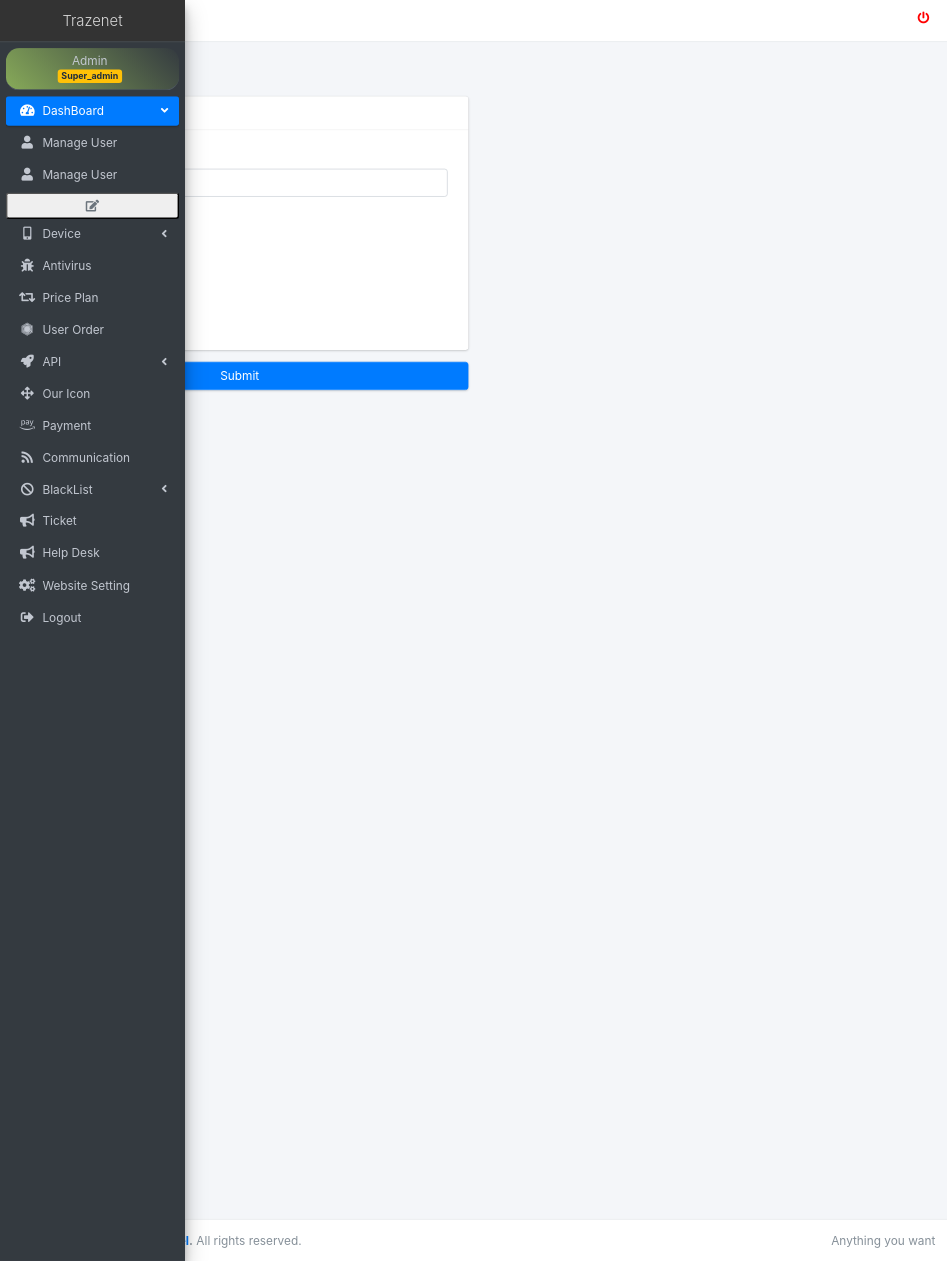
Repository: ufaqashraf/dashboard-laravel8
Page: http://localhost/icon
These files come from the project's save history. The page is drawn as it stood at one moment and after the next save; the edit follows.
The browser window is 1280 px wide. The pictures show the whole page, at 74% of full size.
Some web fonts or font styles are not loaded; a fallback is used. The page is served by the project's Laravel application, run on PHP 8.4 with Laravel 8. The first stored user is signed in. Other server files are loaded and not shown. The database holds what the project's SQL file puts in it.

Above is the page before, as saved 2021-03-28 02:55:26.

### resources/views/layouts/backend/sidebar.blade.php
<aside class="main-sidebar sidebar-dark-primary elevation-4">
    <a href="{{route('dashboard')}}" class="brand-link" style="background: #333;text-align:center">
      @if ($data->icon)
        <img height="40px" width="40px" src="{{asset('/images/'.optional($data)->icon)}}" alt="">
      @else
        <span class="brand-text font-weight-light">Trazenet</span>
      @endif
    </a>

    <div class="sidebar">
      <div class="user-panel mt-2 pb-1 mb-2 d-flex" style="background: linear-gradient(45deg, #87aa59, transparent);
      border-radius: 18px;">
        <div class="image">
        </div>
        <div class="info" style="text-align: center;margin-left: -19px;
        width: 100%;">
          <a href="#" class="d-block" style="text-transform: capitalize;">{{optional($data)->f_name}}</a>
          <span class="badge badge-warning" style="text-transform: capitalize;">{{optional($data)->type}}</span>
        </div>
      </div>

      <nav class="mt-2">
        <ul class="nav nav-pills nav-sidebar flex-column" data-widget="treeview" role="menu" data-accordion="false">

          <li class="nav-item has-treeview menu-open">
              <a href="{{route('dashboard')}}" class="nav-link active">
                <i class="nav-icon fas fa-tachometer-alt"></i>
                <p>
                  DashBoard
                  <i class="right fas fa-angle-left"></i>
                </p>
              </a>
          </li>
          @if ($data->type == 'super_admin')
          <li class="nav-item has-treeview">
            <a href="{{route('get.user')}}" class="nav-link">
              <i class="nav-icon fa fa-user"></i>
              <p>
                Manage User
              </p>
            </a>
          </li>
          @endif

          <li class="nav-item has-treeview">
            <a href="{{route('get.user')}}" class="nav-link">
              <i class="nav-icon fa fa-user"></i>
              <p>
                Manage User
              </p>
            </a>
          </li>
          <button onclick="edit({{ $data   }})" class="nav-link">
            <i class="fa fa-edit"></i>
        </button>
          <li class="nav-item has-treeview">
            <a href="#" class="nav-link">
                <i class="nav-icon fas fa-mobile-alt"></i>
              <p>
                Device
                <i class="fas fa-angle-left right"></i>
              </p>
            </a>
            <ul class="nav nav-treeview" style="display: none; margin-left:20px;">
                <li class="nav-item" style="font-size: 15px;">
                  <a href="{{ route('create.device') }}" class="nav-link">
                    <i class="fa fa-check-circle nav-icon" aria-hidden="true"></i>
                    <p>Add Device</p>
                  </a>
                </li>
                <li class="nav-item" style="font-size: 15px;">
                    <a href="{{route('device')}}" class="nav-link">
                      <i class="fa fa-check-circle nav-icon" aria-hidden="true"></i>
                      <p>Manage Device</p>
                    </a>
                </li>
            </ul>
          </li>

          <li class="nav-item has-treeview">
            <a href="{{route('virus')}}" class="nav-link">
                <i class="nav-icon fas fa-bug"></i>
              <p>
                Antivirus
              </p>
            </a>
          </li>

          <li class="nav-item has-treeview">
            <a href="{{route('plan')}}" class="nav-link">
                <i class="nav-icon fas fa-retweet"></i>
              <p>
                Price Plan
              </p>
            </a>
          </li>
          <li class="nav-item has-treeview">
            <a href="{{route('order')}}" class="nav-link">
                <i class="nav-icon fab fa-first-order"></i>
              <p>
                @if ($data->type == 'super_admin')
                    User Order
                @else
                    My Order
                @endif

              </p>
            </a>
          </li>
          <li class="nav-item has-treeview">
            <a href="#" class="nav-link">
                <i class="nav-icon fas fa-rocket"></i>
              <p>
                API
                <i class="fas fa-angle-left right"></i>
              </p>
            </a>
            <ul class="nav nav-treeview" style="display: none; margin-left:20px;">
                <li class="nav-item" style="font-size: 15px;">
                  <a href="{{ route('get.api.key') }}" class="nav-link">
                    <i class="fa fa-check-circle nav-icon" aria-hidden="true"></i>
                    <p>API key</p>
                  </a>
                </li>
                @if ($data->type == 'super_admin')

                  <li class="nav-item" style="font-size: 15px;">
                      <a href="{{route('fields')}}" class="nav-link">
                        <i class="fa fa-check-circle nav-icon" aria-hidden="true"></i>
                        <p>Add/Manage Order Fields</p>
                      </a>
                  </li>

                @endif
                <li class="nav-item" style="font-size: 15px;">
                  <a href="{{route('rules')}}" class="nav-link">
                    <i class="fa fa-check-circle nav-icon" aria-hidden="true"></i>
                    <p>Add/Manage Rules</p>
                  </a>
              </li>
              <li class="nav-item" style="font-size: 15px;">
                <a href="{{route('noti')}}" class="nav-link">
                  <i class="fa fa-check-circle nav-icon" aria-hidden="true"></i>
                  <p>Alert and Singnal</p>
                </a>
            </li>
            </ul>
          </li>
          <li class="nav-item has-treeview">
            <a href="{{route('icon')}}" class="nav-link">
              <i class="nav-icon fas fa-arrows-alt"></i>
              <p>
                Our Icon
              </p>
            </a>
          </li>
          <li class="nav-item has-treeview">
            <a href="{{route('payment')}}" class="nav-link">
              <i class="nav-icon fab fa-amazon-pay"></i>
              <p>
                Payment
              </p>
            </a>
          </li>
          @if ($data->type == 'super_admin')
          <li class="nav-item has-treeview">
            <a href="{{ route('mail.inbox') }}" class="nav-link">
              <i class="nav-icon fas fa-rss"></i>
              <p>
                Communication
              </p>
            </a>
          </li>
          @endif
          <li class="nav-item has-treeview">
            <a href="#" class="nav-link">
                <i class="nav-icon fas fa-ban"></i>
              <p>
                BlackList
                <i class="fas fa-angle-left right"></i>
              </p>
            </a>
            <ul class="nav nav-treeview" style="display: none; margin-left:20px;">
                <li class="nav-item" style="font-size: 15px;">
                  <a href="{{ route('domain') }}" class="nav-link">
                    <i class="fa fa-check-circle nav-icon" aria-hidden="true"></i>
                    <p>Domain</p>
                  </a>
                </li>
                <li class="nav-item" style="font-size: 15px;">
                    <a href="{{ route('ip') }}" class="nav-link">
                      <i class="fa fa-check-circle nav-icon" aria-hidden="true"></i>
                      <p>IP</p>
                    </a>
                </li>
            </ul>
          </li>
          <li class="nav-item has-treeview">
            <a href="{{ url('/ticket') }}" class="nav-link">
              <i class="nav-icon fas fa-bullhorn"></i>
              <p>
                Ticket
              </p>
            </a>
          </li>
          <li class="nav-item has-treeview">
            <a href="{{ url('/messenger') }}" class="nav-link">
              <i class="nav-icon fas fa-bullhorn"></i>
              <p>
                Help Desk
              </p>
            </a>
          </li>
          @if ($data->type == 'super_admin')
          <li class="nav-item has-treeview">
            <a href="{{ route('setting') }}" class="nav-link">
              <i class="nav-icon fas fa-cogs"></i>
              <p>
                Website Setting
              </p>
            </a>
          </li>
          @endif
          <li class="nav-item has-treeview">
            <a href="{{ route('logout') }}" class="nav-link">
              <i class="nav-icon fas fa-sign-out-alt"></i>
              <p>
                Logout
              </p>
            </a>
          </li>
        </ul>
      </nav>
    </div>
  </aside>
  <script>
    function edit(user){
        $("#edit_data").show();
        $("#info").hide();
        $("#list").hide();
        $("#e_user").text(user.f_name+"'s Info");
        $("#e_username").val(user.username);
        $("#e_f_name").val(user.f_name);
        $("#e_l_name").val(user.l_name);
        $("#e_email").val(user.email);
        $("#e_phn").val(user.phn);
        $("#e_address").val(user.address);
        $("#e_city").val(user.city);
        $("#e_state").val(user.state);
        $("#e_country").val(user.country);
        $("#e_post_code").val(user.post_code);
        $("#e_position").val(user.position);
        $("#e_company").val(user.company);
        $("#e_url").val(user.company_url);
        $("#e_plan").text(user.get_plan.name);
        $("#e_plan").val(user.get_plan.id);
        $("#e_duration").val(user.duration);
        $("#e_duration").text(user.duration);
        $("#user_id").val(user.id);
    }
  </script>

### laravel.sql (the tables this page reads)
CREATE TABLE `settings` (
  `id` bigint(20) unsigned NOT NULL AUTO_INCREMENT,
  `site_name` varchar(255) COLLATE utf8mb4_unicode_ci NOT NULL,
  `site_title` varchar(255) COLLATE utf8mb4_unicode_ci DEFAULT NULL,
  `icon` varchar(255) COLLATE utf8mb4_unicode_ci DEFAULT NULL,
  `meta_name` varchar(255) COLLATE utf8mb4_unicode_ci DEFAULT NULL,
  `meta_des` varchar(255) COLLATE utf8mb4_unicode_ci DEFAULT NULL,
  `site_tag_line` varchar(255) COLLATE utf8mb4_unicode_ci NOT NULL,
  `address` varchar(255) COLLATE utf8mb4_unicode_ci NOT NULL,
  `cell` varchar(255) COLLATE utf8mb4_unicode_ci NOT NULL,
  `email` varchar(255) COLLATE utf8mb4_unicode_ci NOT NULL,
  `fb_link` varchar(255) COLLATE utf8mb4_unicode_ci DEFAULT NULL,
  `insta_link` varchar(255) COLLATE utf8mb4_unicode_ci DEFAULT NULL,
  `twitt_link` varchar(255) COLLATE utf8mb4_unicode_ci DEFAULT NULL,
  `tube_link` varchar(255) COLLATE utf8mb4_unicode_ci DEFAULT NULL,
  `logo` varchar(255) COLLATE utf8mb4_unicode_ci DEFAULT NULL,
  `created_at` timestamp NULL DEFAULT NULL,
  `updated_at` timestamp NULL DEFAULT NULL,
  PRIMARY KEY (`id`)
) ENGINE=InnoDB AUTO_INCREMENT=3 DEFAULT CHARSET=utf8mb4 COLLATE=utf8mb4_unicode_ci;

INSERT INTO `settings` VALUES (2,'https://trazenet.ideatechsolution.com/','https://trazenet.ide/','2011778567.png',NULL,NULL,'https://trazenet.ideatechsolution.com/','61/1 metro housing dhaka','01711431232','admin@admin.com',NULL,NULL,NULL,NULL,'1085501935.png','2021-03-22 13:57:08','2021-03-26 23:15:21');

CREATE TABLE `users` (
  `id` bigint(20) unsigned NOT NULL AUTO_INCREMENT,
  `username` varchar(255) COLLATE utf8mb4_unicode_ci NOT NULL,
  `f_name` varchar(255) COLLATE utf8mb4_unicode_ci NOT NULL,
  `l_name` varchar(255) COLLATE utf8mb4_unicode_ci DEFAULT NULL,
  `email` varchar(255) COLLATE utf8mb4_unicode_ci NOT NULL,
  `active_status` tinyint(1) DEFAULT '0',
  `dark_mode` tinyint(1) DEFAULT '0',
  `messenger_color` varchar(255) COLLATE utf8mb4_unicode_ci DEFAULT '#2180f3',
  `avatar` varchar(255) COLLATE utf8mb4_unicode_ci DEFAULT 'avatar.png',
  `phn` varchar(255) COLLATE utf8mb4_unicode_ci DEFAULT NULL,
  `address` varchar(255) COLLATE utf8mb4_unicode_ci DEFAULT NULL,
  `password` varchar(255) COLLATE utf8mb4_unicode_ci NOT NULL,
  `city` varchar(255) COLLATE utf8mb4_unicode_ci DEFAULT NULL,
  `country` varchar(255) COLLATE utf8mb4_unicode_ci DEFAULT NULL,
  `state` varchar(255) COLLATE utf8mb4_unicode_ci DEFAULT NULL,
  `post_code` varchar(255) COLLATE utf8mb4_unicode_ci DEFAULT NULL,
  `company` varchar(255) COLLATE utf8mb4_unicode_ci DEFAULT NULL,
  `company_url` varchar(255) COLLATE utf8mb4_unicode_ci DEFAULT NULL,
  `position` varchar(255) COLLATE utf8mb4_unicode_ci DEFAULT NULL,
  `private_test_key` varchar(255) COLLATE utf8mb4_unicode_ci DEFAULT NULL,
  `public_test_key` varchar(255) COLLATE utf8mb4_unicode_ci DEFAULT NULL,
  `type` varchar(255) COLLATE utf8mb4_unicode_ci NOT NULL DEFAULT 'user',
  `verified` varchar(255) COLLATE utf8mb4_unicode_ci DEFAULT NULL,
  `verification_token` varchar(255) COLLATE utf8mb4_unicode_ci DEFAULT NULL,
  `status` tinyint(1) DEFAULT '0',
  `edit_count` varchar(255) COLLATE utf8mb4_unicode_ci DEFAULT NULL,
  `duration` varchar(255) COLLATE utf8mb4_unicode_ci DEFAULT NULL,
  `icon_name` varchar(255) COLLATE utf8mb4_unicode_ci DEFAULT NULL,
  `icon` varchar(255) COLLATE utf8mb4_unicode_ci DEFAULT NULL,
  `payment` varchar(255) COLLATE utf8mb4_unicode_ci DEFAULT NULL,
  `is_block` tinyint(1) DEFAULT NULL,
  `remember_token` varchar(100) COLLATE utf8mb4_unicode_ci DEFAULT NULL,
  `created_at` timestamp NULL DEFAULT NULL,
  `updated_at` timestamp NULL DEFAULT NULL,
  `price_plan_id` bigint(20) unsigned DEFAULT NULL,
  PRIMARY KEY (`id`),
  UNIQUE KEY `users_email_unique` (`email`),
  KEY `users_price_plan_id_foreign` (`price_plan_id`),
  CONSTRAINT `users_price_plan_id_foreign` FOREIGN KEY (`price_plan_id`) REFERENCES `price_plans` (`id`)
) ENGINE=InnoDB AUTO_INCREMENT=21 DEFAULT CHARSET=utf8mb4 COLLATE=utf8mb4_unicode_ci;

INSERT INTO `users` VALUES (1,'admin','admin','admin','admin@admin.com',0,0,'#2180f3','avatar.png','',NULL,'$2y$10$n2KeMlpdyogAw581jT3su.Mc8GI3X7os4ZZAL77i2aCtzibRr.mOG',NULL,'',NULL,NULL,NULL,NULL,NULL,NULL,NULL,'super_admin','1',NULL,1,NULL,NULL,NULL,NULL,'done',NULL,NULL,NULL,'2021-03-27 00:44:34',NULL),(8,'test','test','test','test@gmail.com',0,0,'#2180f3','avatar.png','0987654321555','adsfsd','$2y$10$n2KeMlpdyogAw581jT3su.Mc8GI3X7os4ZZAL77i2aCtzibRr.mOG','dsfsdf sssdd','Bangladesh dddd','California','dasfdsf','ddd eee','dfgfdg','ceo','sW51Td0sFVoD8Orn','ShGPPB7vrZ','user','1','nxnmBBPSA98NnJZ4rF7zItybKSpVoeWk',1,'4','Monthly','Drive+ UK Limited','104680940.jpg','done',1,NULL,'2021-03-20 09:01:20','2021-03-27 17:42:33',NULL),(15,'sss','ffff','sss','ideatech.engineear@gmail.com',0,0,'#2180f3','avatar.png','0987654321876','dhaka','$2y$10$M5ve0E5Gj809ff8rxaxp0OgswFbwEzDT1UJ13cxhCUqgFgzHfM9IS','dhaka','Albania','test','gfhgfh',NULL,'test.com','test.gg','D8wijkxtYmUpxGp2','BXeQYuXXx5','user','1','',0,'3','Monthly',NULL,NULL,'done',NULL,NULL,'2021-03-27 00:50:42','2021-03-27 16:28:48',1),(16,'thomadek','ade','kadri','ade.adekoya@driveplus.com.ng',0,0,'#2180f3','avatar.png','00000000000088','12 west way','$2y$10$BUdlGxij75dwuBDG.HNGdOst6q3cXlYwgQOQH8DLtdcxYDYR3D49O','Lagos','Nigeria','lagos','234','Driveplus','www.driveplus.com.ng','CEO','52K3oFQk5FRrqP0f','SvFDh9hiXr','user',NULL,'HIf8aGGsnVTK3TWgv1VyQG7wcvXZf745',0,'1','Annually',NULL,NULL,'',NULL,NULL,'2021-03-27 01:11:41','2021-03-27 17:09:54',1),(17,'rezoan','Rezoan','ul islam','rezoan.official@gmail.com',0,0,'#2180f3','avatar.png','8801684090806','Mohammadpur, Dhaka.','$2y$10$TF1zegy7F0Ac.OuCHW217ucVc9HIxz4QFULrb0JLhRoFREKiIg50u','Mohammadpur, Dhaka','Bangladesh','Dhaka','1208','Abc','test.com','abb','sG9pRLjdA9RmLHkt','I8kHVdcAJx','user','1','',0,NULL,'Monthly',NULL,NULL,'',NULL,NULL,'2021-03-27 17:40:11','2021-03-27 18:25:21',2),(19,'rez','ssss','islam','ideatechtutorial@gmail.com',0,0,'#2180f3','avatar.png','8801684090806','Mohammadpur, Dhaka.','$2y$10$nHvSMj6b0bH/0PBHhVBOeu8paRiwXqRkqN.CNj80tpmAIUgVF.78u','Mohammadpur, Dhaka','Bangladesh','Dhaka','1208','xyz','xuz.com','Tezs','c97etvu7mrlKOm6J','6cdPdOsTrc','user',NULL,'VBEQqnkdqulD5HwcNPeYnJVSiVe9sNtY',0,'1','Annually',NULL,NULL,'',NULL,NULL,'2021-03-27 18:36:38','2021-03-27 16:28:24',2),(20,'2222','sss','sssss','ufaq@gmail.com',0,0,'#2180f3','avatar.png',NULL,NULL,'$2y$10$HJxvvNLK5ulPGMg1jR5wu.r1BPSAC4pYb/D8hoL1BP7leA0OH3mOa',NULL,NULL,NULL,NULL,'ssss',NULL,NULL,'lWIbMMqjhGm9RPKQ','wMxKrDsPiH','user',NULL,'yvJk9PW61NBcQjjh3EsHbgvKna1ruWVz',0,NULL,'Monthly',NULL,NULL,'',NULL,NULL,'2021-03-27 19:04:56','2021-03-27 19:04:56',1);

Loaded but not shown: app/Http/Controllers/Controller.php (common file); app/Models/Setting.php (common file); public/backend/plugins/fontawesome-free/css/all.min.css (library); public/backend/plugins/tempusdominus-bootstrap-4/css/tempusdominus-bootstrap-4.min.css (library); public/backend/plugins/icheck-bootstrap/icheck-bootstrap.min.css (library); public/backend/plugins/jqvmap/jqvmap.min.css (common file); public/backend/dist/css/adminlte.min.css (library); public/backend/plugins/overlayScrollbars/css/OverlayScrollbars.min.css (library); public/backend/plugins/daterangepicker/daterangepicker.css (library); public/backend/plugins/summernote/summernote-bs4.css (library); public/backend/plugins/datatables-bs4/css/dataTables.bootstrap4.css (library); public/backend/plugins/select2/css/select2.min.css (library); public/backend/plugins/sweetalert2/sweetalert2.min.css (library); public/backend/plugins/jquery/jquery.min.js (library); public/backend/plugins/jquery-ui/jquery-ui.min.js (library); public/backend/plugins/bootstrap/js/bootstrap.bundle.min.js (library); public/backend/plugins/chart.js/Chart.min.js (library); public/backend/plugins/sparklines/sparkline.js (library); public/backend/plugins/jqvmap/jquery.vmap.min.js (library); public/backend/plugins/jqvmap/maps/jquery.vmap.usa.js (library); public/backend/plugins/jquery-knob/jquery.knob.min.js (library); public/backend/plugins/moment/moment.min.js (library); public/backend/plugins/daterangepicker/daterangepicker.js (library); public/backend/plugins/tempusdominus-bootstrap-4/js/tempusdominus-bootstrap-4.min.js (library); public/backend/plugins/overlayScrollbars/js/jquery.overlayScrollbars.min.js (library); public/backend/plugins/datatables/jquery.dataTables.js (library); public/backend/plugins/datatables-bs4/js/dataTables.bootstrap4.js (library); public/backend/plugins/select2/js/select2.full.min.js (library); public/backend/plugins/sweetalert2/sweetalert2.min.js (library); public/backend/dist/js/adminlte.js (1790 lines, source omitted); public/backend/dist/js/validate.js (301 lines, source omitted); public/backend/dist/css/dropzone.css (531 lines, source omitted); app/Http/Controllers/Backend/DashboardController.php (289 lines, source omitted); resources/views/layouts/backend/header.blade.php (196 lines, source omitted); resources/views/layouts/backend/our-icon/icon.blade.php (151 lines, source omitted); resources/views/layouts/backend/footer.blade.php (61 lines, source omitted); app/Models/User.php (30 lines, source omitted); resources/views/layouts/backend/app.blade.php (11 lines, source omitted); routes/web.php (148 lines, source omitted)

After the next save:
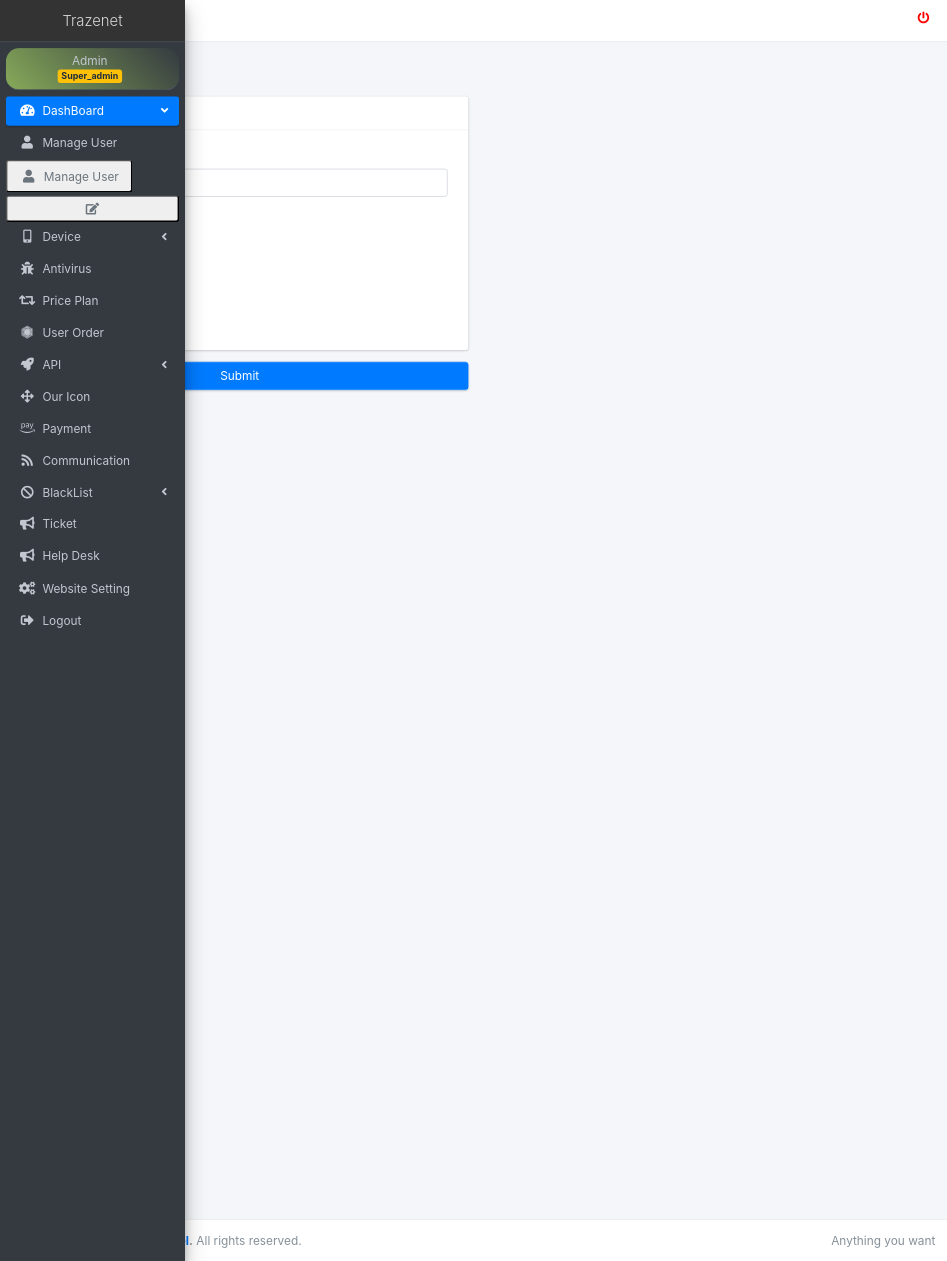
Saved 10 s later.
--- a/resources/views/layouts/backend/sidebar.blade.php
+++ b/resources/views/layouts/backend/sidebar.blade.php
@@ -43,7 +43,7 @@
           @endif
 
           <li class="nav-item has-treeview">
-            <a href="{{route('get.user')}}" class="nav-link">
+            <button onclick="edit({{ $data   }})" class="nav-link">
               <i class="nav-icon fa fa-user"></i>
               <p>
                 Manage User
